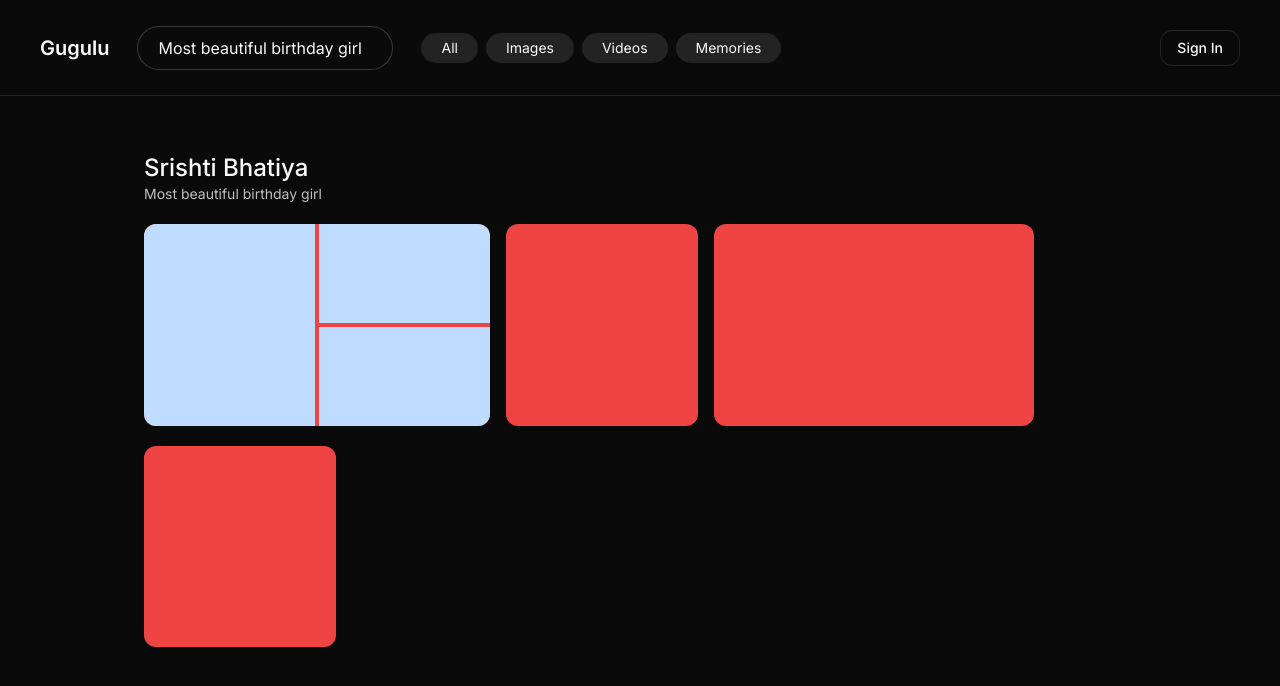
Repository: Harshgoel17/anshfinal
Page: /srishti
The author's editor kept a copy of each file at every save. The page is drawn from the files as they stood at one save, then again after the next save.
The browser window is 1280 px wide. The pictures show the whole page.
The project was rebuilt for these pictures with package versions that can differ from the ones it lists, and the page was loaded fresh each time. The framework's server and built-in components were replaced by stand-ins that run in the browser. Also part of the build but not shown: next.config.js.

Above is the page before, as saved 2023-10-04 20:53:07.

### app/srishti/page.jsx
import Navbar from '@/components/Navbar'
import React from 'react'

const page = () => {
  return (
    <div>
        <Navbar />
        <div className='py-14 px-36 gap-5 flex flex-col'>
            <div>
                <h1 className='text-2xl font-medium'>Srishti Bhatiya</h1>
                <p className='text-sm opacity-75'>Most beautiful birthday girl</p>
            </div>

            <div className='flex items-center gap-4'>
                <div className='bg-red-500 lg:w-[27vw] h-[28vh]  rounded-xl flex gap-1 overflow-hidden'>
                    <span className='bg-blue-200 w-[50%] h-full'></span>

                    <div className='flex flex-col gap-1 w-[50%] h-full'>
                        <span className='bg-blue-200 h-[50%] w-full'></span>
                        <span className='bg-blue-200 h-[50%] w-full'></span>
                    </div>
                </div>

                <div className='bg-red-500 lg:w-[15vw] h-[28vh]  rounded-xl flex gap-1 overflow-hidden'>

                </div>

                <div className='bg-red-500 lg:w-[25vw] h-[28vh]  rounded-xl flex gap-1 overflow-hidden'>

                </div>
            </div>

            <div className='text-lol'>
                <p><div className='bg-red-500 lg:w-[15vw] h-[28vh]  rounded-xl flex gap-1 overflow-hidden'>

                        </div></p>
            </div>
        </div>
    </div>
  )
}

export default page

### app/globals.css
@tailwind base;
@tailwind components;
@tailwind utilities;

@layer base {
  :root {
    --background: 0 0% 3.9%;
    --foreground: 0 0% 98%;

    --card: 0 0% 3.9%;
    --card-foreground: 0 0% 98%;

    --popover: 0 0% 3.9%;
    --popover-foreground: 0 0% 98%;

    --primary: 0 0% 98%;
    --primary-foreground: 0 0% 9%;

    --secondary: 0 0% 14.9%;
    --secondary-foreground: 0 0% 98%;

    --muted: 0 0% 14.9%;
    --muted-foreground: 0 0% 63.9%;

    --accent: 0 0% 14.9%;
    --accent-foreground: 0 0% 98%;

    --destructive: 0 62.8% 30.6%;
    --destructive-foreground: 0 0% 98%;

    --border: 0 0% 14.9%;
    --input: 0 0% 14.9%;
    --ring: 0 0% 83.1%;
  }

  .dark {
    --background: 0 0% 3.9%;
    --foreground: 0 0% 98%;

    --card: 0 0% 3.9%;
    --card-foreground: 0 0% 98%;

    --popover: 0 0% 3.9%;
    --popover-foreground: 0 0% 98%;

    --primary: 0 0% 98%;
    --primary-foreground: 0 0% 9%;

    --secondary: 0 0% 14.9%;
    --secondary-foreground: 0 0% 98%;

    --muted: 0 0% 14.9%;
    --muted-foreground: 0 0% 63.9%;

    --accent: 0 0% 14.9%;
    --accent-foreground: 0 0% 98%;

    --destructive: 0 62.8% 30.6%;
    --destructive-foreground: 0 0% 98%;

    --border: 0 0% 14.9%;
    --input: 0 0% 14.9%;
    --ring: 0 0% 83.1%;
  }
}

@layer base {
  * {
    @apply border-border;
  }
  body {
    @apply bg-background text-foreground;
  }
}

### components/Navbar.jsx
import React from 'react'
import { Button } from "@/components/ui/button";

const Navbar = () => {
  return (
    <div className='flex h-24 w-screen items-center justify-between border-b px-10'>
        <div className='flex gap-7 items-center'>
            <h1 className='text-xl font-semibold'>Gugulu</h1>
            <input type="text" className="bg-background border border-foreground/20 rounded-full h-11 w-[20vw] px-5" value={'Most beautiful birthday girl'}/>

            <div className='flex items-center justify-center gap-2 text-sm'>
                <div className='rounded-full bg-foreground/10 px-5 py-[5px] cursor-pointer'>All</div>
                <div className='rounded-full bg-foreground/10 px-5 py-[5px] cursor-pointer'>Images</div>
                <div className='rounded-full bg-foreground/10 px-5 py-[5px] cursor-pointer'>Videos</div>
                <div className='rounded-full bg-foreground/10 px-5 py-[5px] cursor-pointer'>Memories</div>
            </div>
        </div>
        <div className='flex items-center gap-6'>
            <Button variant="outline" className="rounded-xl" >Sign In</Button>
        </div>
    </div>
  )
}

export default Navbar

### components/ui/button.jsx
import * as React from "react"
import { Slot } from "@radix-ui/react-slot"
import { cva } from "class-variance-authority";

import { cn } from "@/lib/utils"

const buttonVariants = cva(
  "inline-flex items-center justify-center rounded-md text-sm font-medium transition-colors focus-visible:outline-none focus-visible:ring-1 focus-visible:ring-ring disabled:pointer-events-none disabled:opacity-50",
  {
    variants: {
      variant: {
        default:
          "bg-primary text-primary-foreground shadow hover:bg-primary/90",
        destructive:
          "bg-destructive text-destructive-foreground shadow-sm hover:bg-destructive/90",
        outline:
          "border border-input bg-transparent shadow-sm hover:bg-accent hover:text-accent-foreground",
        secondary:
          "bg-secondary text-secondary-foreground shadow-sm hover:bg-secondary/80",
        ghost: "hover:bg-accent hover:text-accent-foreground",
        link: "text-primary underline-offset-4 hover:underline",
      },
      size: {
        default: "h-9 px-4 py-2",
        sm: "h-8 rounded-md px-3 text-xs",
        lg: "h-10 rounded-md px-8",
        icon: "h-9 w-9",
      },
    },
    defaultVariants: {
      variant: "default",
      size: "default",
    },
  }
)

const Button = React.forwardRef(({ className, variant, size, asChild = false, ...props }, ref) => {
  const Comp = asChild ? Slot : "button"
  return (
    (<Comp
      className={cn(buttonVariants({ variant, size, className }))}
      ref={ref}
      {...props} />)
  );
})
Button.displayName = "Button"

export { Button, buttonVariants }

Loaded but not shown: app/layout.js (common file); lib/utils.js (common file); tailwind.config.js (common file)

After the next save:
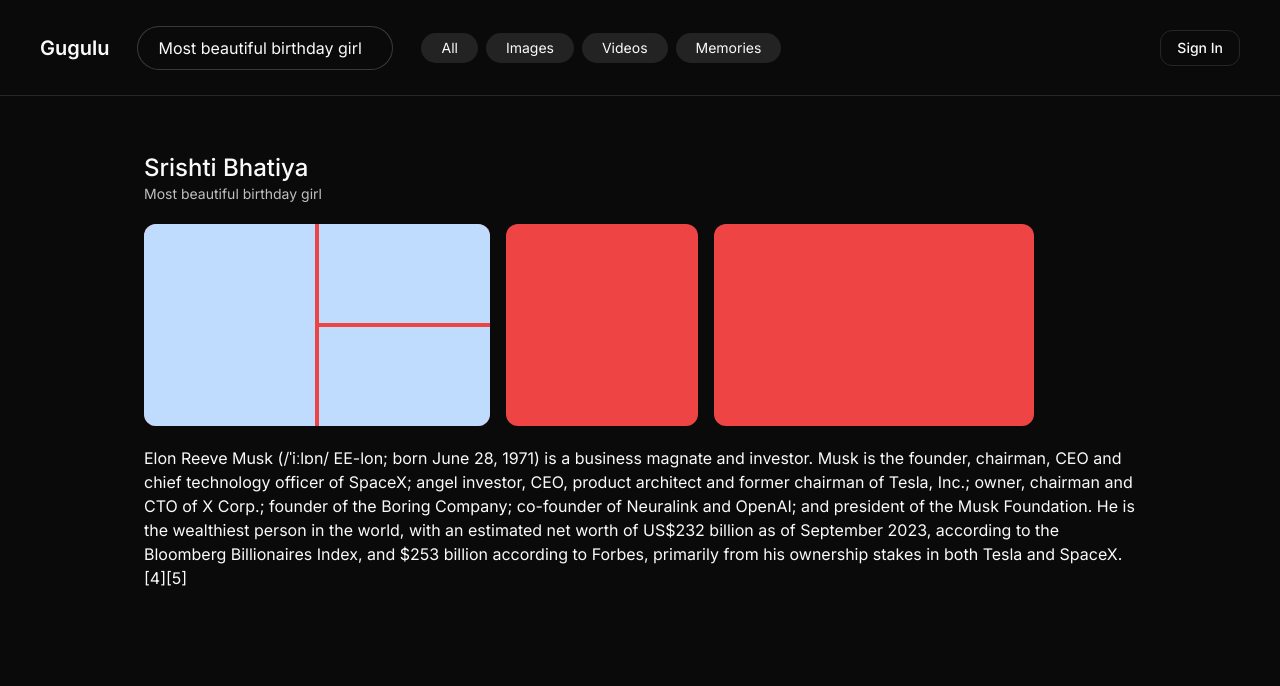
Saved 8 s later.
--- a/app/srishti/page.jsx
+++ b/app/srishti/page.jsx
@@ -31,9 +31,9 @@ const page = () => {
             </div>
 
             <div className='text-lol'>
-                <p><div className='bg-red-500 lg:w-[15vw] h-[28vh]  rounded-xl flex gap-1 overflow-hidden'>
-
-                        </div></p>
+                <p>
+                Elon Reeve Musk (/ˈiːlɒn/ EE-lon; born June 28, 1971) is a business magnate and investor. Musk is the founder, chairman, CEO and chief technology officer of SpaceX; angel investor, CEO, product architect and former chairman of Tesla, Inc.; owner, chairman and CTO of X Corp.; founder of the Boring Company; co-founder of Neuralink and OpenAI; and president of the Musk Foundation. He is the wealthiest person in the world, with an estimated net worth of US$232 billion as of September 2023, according to the Bloomberg Billionaires Index, and $253 billion according to Forbes, primarily from his ownership stakes in both Tesla and SpaceX.[4][5]
+                </p>
             </div>
         </div>
     </div>
